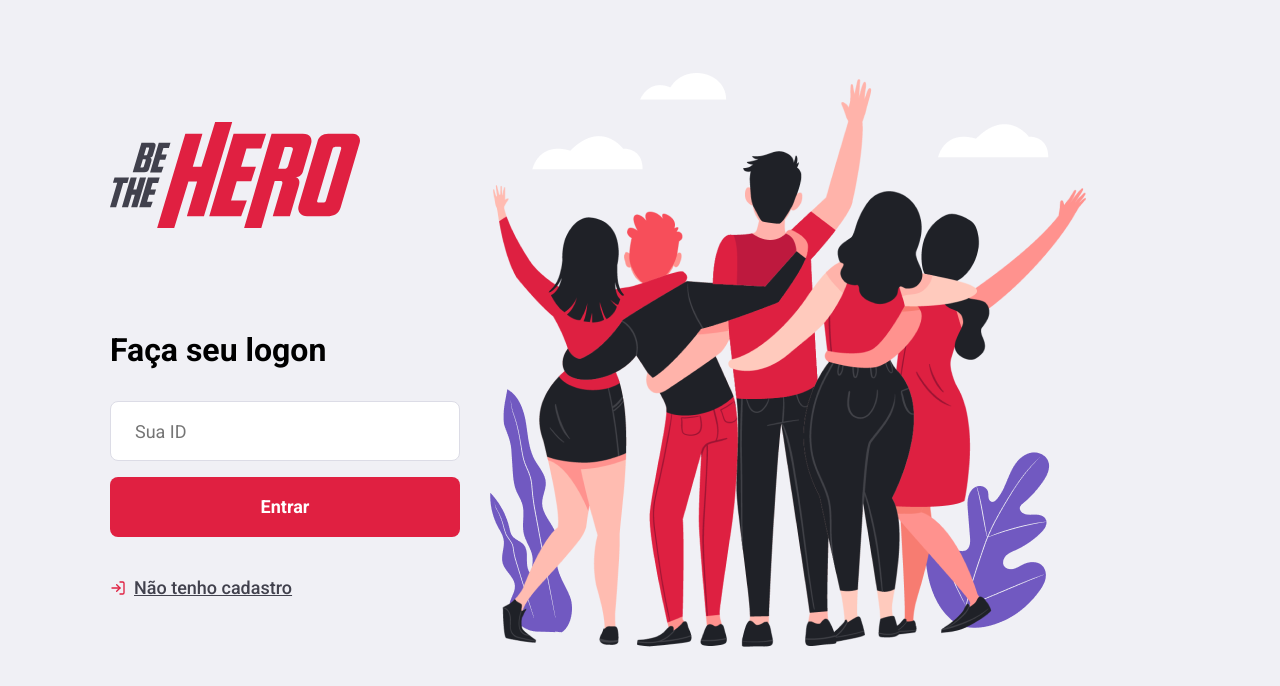
Repository: s7Thiago/semana-omnistack-11.0
Page: / (app in front-end/)
An editor plug-in stored every save of this project. The page is shown before and after the next save, followed by the edit.
The browser window is 1280 px wide. The pictures show the whole page.
The project was rebuilt for these pictures with package versions that can differ from the ones it lists, and the page was loaded fresh each time. Also part of the build but not shown: front-end/src/pages/Register/styles.css, front-end/src/pages/Register/index.js.

Above is the page before, as saved 2020-03-26 21:06:54.

### front-end/src/App.js
import React from 'react';
import './global.css';

import Routes from './routes';

function App() {

  return (
    <Routes />
  );
}

export default App;

### front-end/src/global.css
@import url('https://fonts.googleapis.com/css?family=Roboto:400,500,700&display=swap');

*{
    margin: 0;
    padding: 0;
    outline: 0;
    box-sizing: border-box; /*Faz com que o padding dos elementos seja anexado na sua largura e na sua altura*/
}

body{
    font: 400 14px Roboto, sans-serif;
    background: #f0f0f5;
    -webkit-font-smoothing: antialiased;
}

input, button, textarea {
    font: 400 18px Roboto, sans-serif;
}

button {
    cursor: pointer;
}

form input {
    width: 100%;
    height: 60px;
    color: #333;
    border: 1px solid #dcdce6;
    border-radius: 8px;
    padding: 0 24px;
}

.button {
    width: 100%;
    height: 60px;
    background: #e02041;
    border: 0;
    border-radius: 8px;
    color: #fff;
    font-weight: 700;
    margin-top: 16px;
    display: inline-block;
    text-align: center;
    text-decoration: nome;
    font-size: 18px;
    line-height: 60px;
    transition: filter 0.25s;
}

.button:hover{
    filter: brightness(90%);
}

### front-end/src/routes.js
import React from 'react';
import { BrowserRouter, Route, Switch } from 'react-router-dom';

import Logon from './pages/Logon';
import Register from './pages/Register';

export default function Routes() {
    return (
        <BrowserRouter>
            <Switch>
                <Route path="/" exact component={Logon} />
                <Route path="/register" component={Register} />

            </Switch>
        </BrowserRouter>
    );
}

### front-end/src/pages/Logon/index.js
import React from 'react';
import { Link } from 'react-router-dom';
import { FiLogIn } from 'react-icons/fi'

import './styles.css'

import heroesImg from '../../assets/heroes.png';
import logoImg from '../../assets/logo.svg';

export default function Logon() {
    return (
        <div className="logon-container">
            <section className="form">
                {/* Logo */}
                <img src={logoImg} alt="Be the Hero" />

                {/* Formulário */}
                <form>
                    <h1>Faça seu logon</h1>
                    <input placeholder="Sua ID" />
                    <button className="button" type="submit">Entrar</button>

                    <Link to="/register">
                        <FiLogIn size={16} color="#E02041" />
                        Não tenho cadastro
                        </Link>
                </form>

            </section>
            <img src={heroesImg} alt='Heroes' />
        </div>


    );
}

### front-end/src/pages/Logon/styles.css
.logon-container{
    width: 100%;
    max-width: 1120px;
    height: 100vh;
    margin: 0 auto;

    display: flex;
    align-items: center;
}

.logon-container section.form{
    width: 100%;
    max-width: 350px;
    margin: 30px;
}

.logon-container section.form form{
    margin-top: 100px;
}

.logon-container section.form form h1 {
    font-size: 32px;
    margin-bottom: 32px;
}

.logon-container section.form form a{
    display: flex;
    align-items: center;
    margin-top: 40px;
    color: #41414d;
    font-size: 18px;
    text-decoration: nome;
    font-weight: 500;
    transition: opacity 0.2s;
}

.logon-container section.form form svg{
    margin-right: 8px;

}

.logon-container section.form form a:hover{
    opacity: 0.8;
}

Loaded but not shown: front-end/src/index.js (common file)

After the next save:
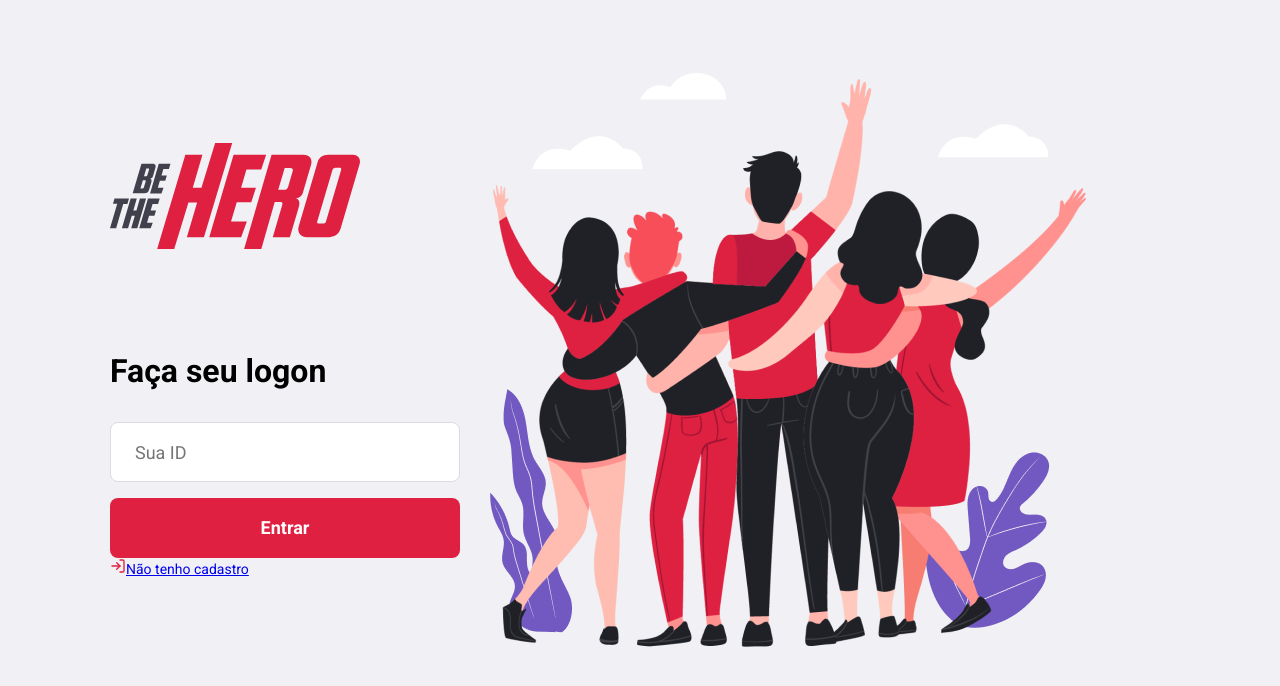
Saved 66 s later.
--- a/front-end/src/pages/Logon/styles.css
+++ b/front-end/src/pages/Logon/styles.css
@@ -22,23 +22,3 @@
     font-size: 32px;
     margin-bottom: 32px;
 }
-
-.logon-container section.form form a{
-    display: flex;
-    align-items: center;
-    margin-top: 40px;
-    color: #41414d;
-    font-size: 18px;
-    text-decoration: nome;
-    font-weight: 500;
-    transition: opacity 0.2s;
-}
-
-.logon-container section.form form svg{
-    margin-right: 8px;
-
-}
-
-.logon-container section.form form a:hover{
-    opacity: 0.8;
-}

After the 2 saves that followed:
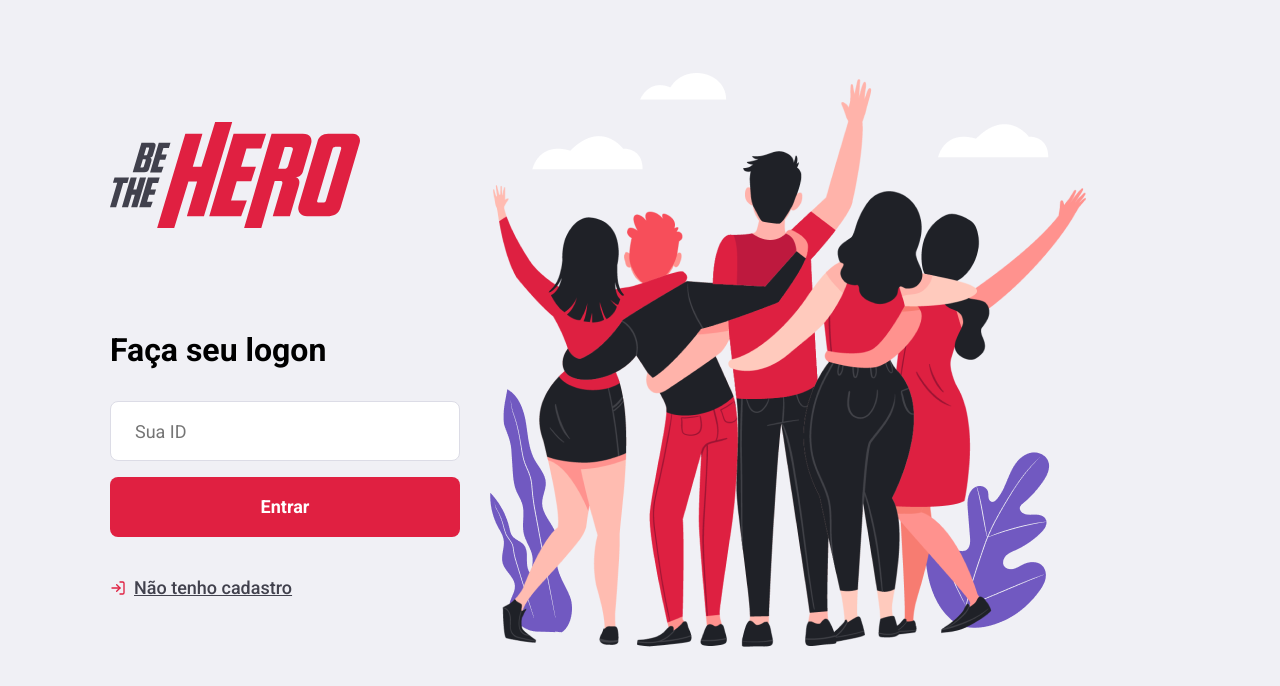
The 2 saves are shown as one change because 1 left the picture as it was.
The last was saved 3 min 27 s later.
--- a/front-end/src/global.css
+++ b/front-end/src/global.css
@@ -50,3 +50,23 @@ form input {
 .button:hover{
     filter: brightness(90%);
 }
+
+.back-link{
+    display: flex;
+    align-items: center;
+    margin-top: 40px;
+    color: #41414d;
+    font-size: 18px;
+    text-decoration: nome;
+    font-weight: 500;
+    transition: opacity 0.2s;
+}
+
+.back-link svg{
+    margin-right: 8px;
+
+}
+
+.back-link:hover{
+    opacity: 0.8;
+}
--- a/front-end/src/pages/Logon/index.js
+++ b/front-end/src/pages/Logon/index.js
@@ -20,7 +20,7 @@ export default function Logon() {
                     <input placeholder="Sua ID" />
                     <button className="button" type="submit">Entrar</button>
 
-                    <Link to="/register">
+                    <Link className="back-link" to="/register">
                         <FiLogIn size={16} color="#E02041" />
                         Não tenho cadastro
                         </Link>
